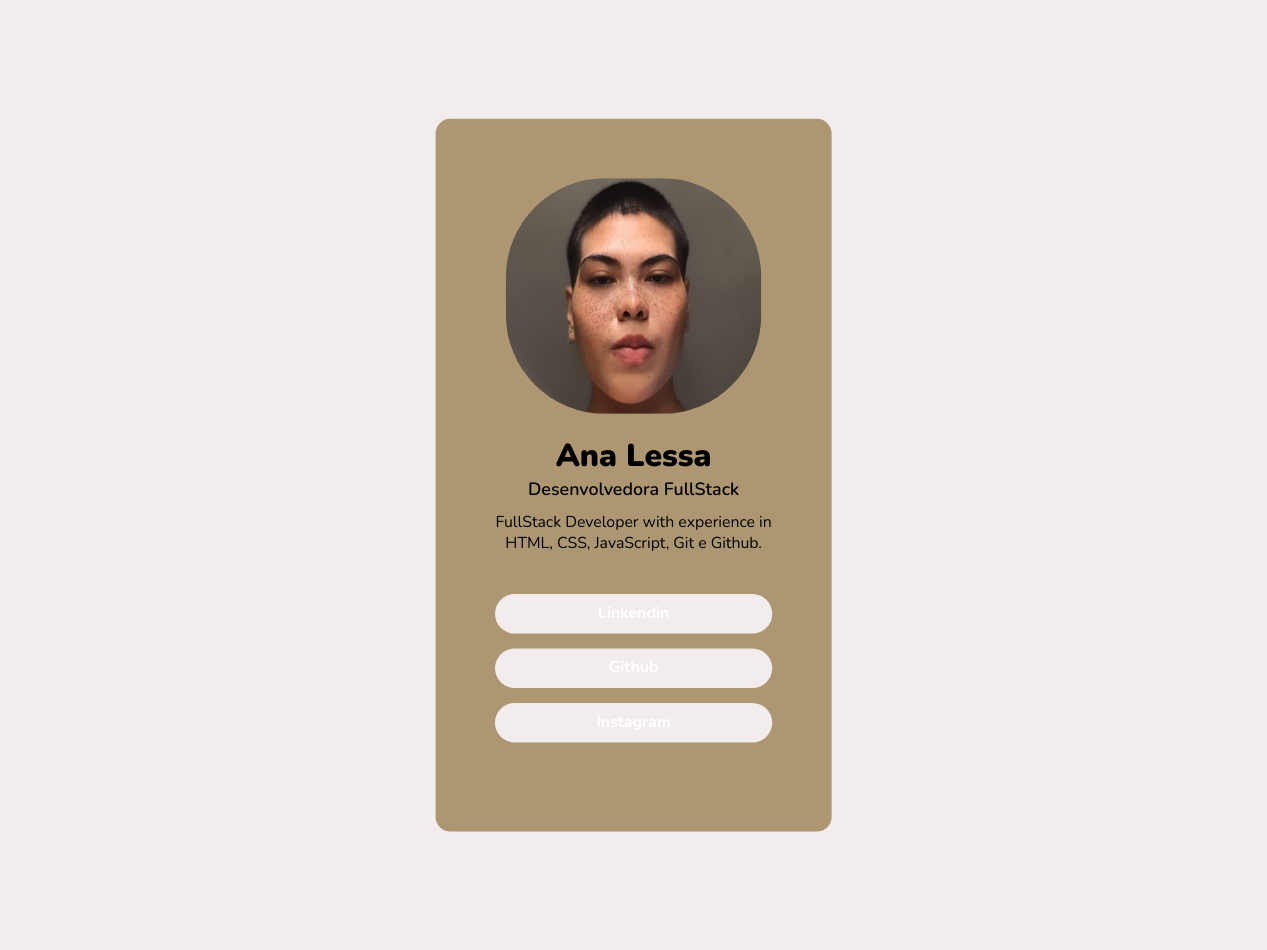
Repository: analessp/linktree
Page: index.html
An editor plug-in stored every save of this project. The page is shown before and after a run of saves, followed by the edit.
The browser window is 1280 px wide. The pictures show the whole page, at 99% of full size.

Above is the page before, as saved 2025-04-11 10:27:29.

### index.html
<!DOCTYPE html>
<html lang="pt-BR">
<head>
    <meta charset="UTF-8">
    <meta name="viewport" content="width=device-width, initial-scale=1.0">
    <title>Linktree Ana Lessa</title>
    <link rel="stylesheet" href="style.css">
    <link rel="preconnect" href="https://fonts.googleapis.com">
    <link rel="preconnect" href="https://fonts.gstatic.com" crossorigin>
    <link href="https://fonts.googleapis.com/css2?family=Nunito:ital,wght@0,200..1000;1,200..1000&display=swap" rel="stylesheet">
</head>
<body>
    <div class="container-main">
    <div class="container-image">
        <img src="./assets/img.jpg" alt="Foto de Ana Lessa">
    </div>
    <div class="container-infos">
        <h1>Ana Lessa</h1>
        <h2>Desenvolvedora FullStack</h2>
    </div>
    <div class="container-easter-egg">
        <p>FullStack Developer with experience in HTML, CSS, JavaScript, Git e Github.</p>
    </div>
    <div class="container-social-links">
        <ul>
            <a href="https://www.linkedin.com/in/ana-lessa-2a312a253/" target="_blank">
            <li>Linkendin</li></a>
            <a href="https://github.com/analessp" target="_blank">
            <li>Github</li></a>
            <a href="https://www.instagram.com/analessp/" target="_blank">
            <li>Instagram</li></a>
        </ul>
    </div>
    </div>
</body>
</html>

### style.css
* {
    font-family: "Nunito", sans-serif;
    margin: 0;
    padding: 0;
    box-sizing: border-box;
}

body {
    background-color: #f2ecec;
}

.container-main {
    background-color: #ad9772;
    width: 400px;
    height: 720px;
    box-sizing: border-box;
    margin: 120px auto;
    padding: 60px;
    border-radius: 15px;
    text-align: center;
}

.container-image img{
        width: 258px;
        height: 238px;
        border-radius: 100px;
}

.container-infos {
margin-top: 15px;
margin-bottom: 10px;
}

.container-infos h1 {
    font-weight: 900;
}

.container-infos h2 {
    font-weight: 600;
    font-size: 18px;
}

.container-social-links ul {
    list-style: none;
}

.container-social-links a {
    text-decoration: none;
    color: #ffffff;
}

.container-social-links {
    margin-top: 40px;
}

.container-social-links li {
    width: 280px;
    height: 40px;
    background-color: #f2ecec;
    margin: 15px 0;
    padding: 8px 0;
    border-radius: 20px;
    font-weight: 700;
}

After the next 2 saves:
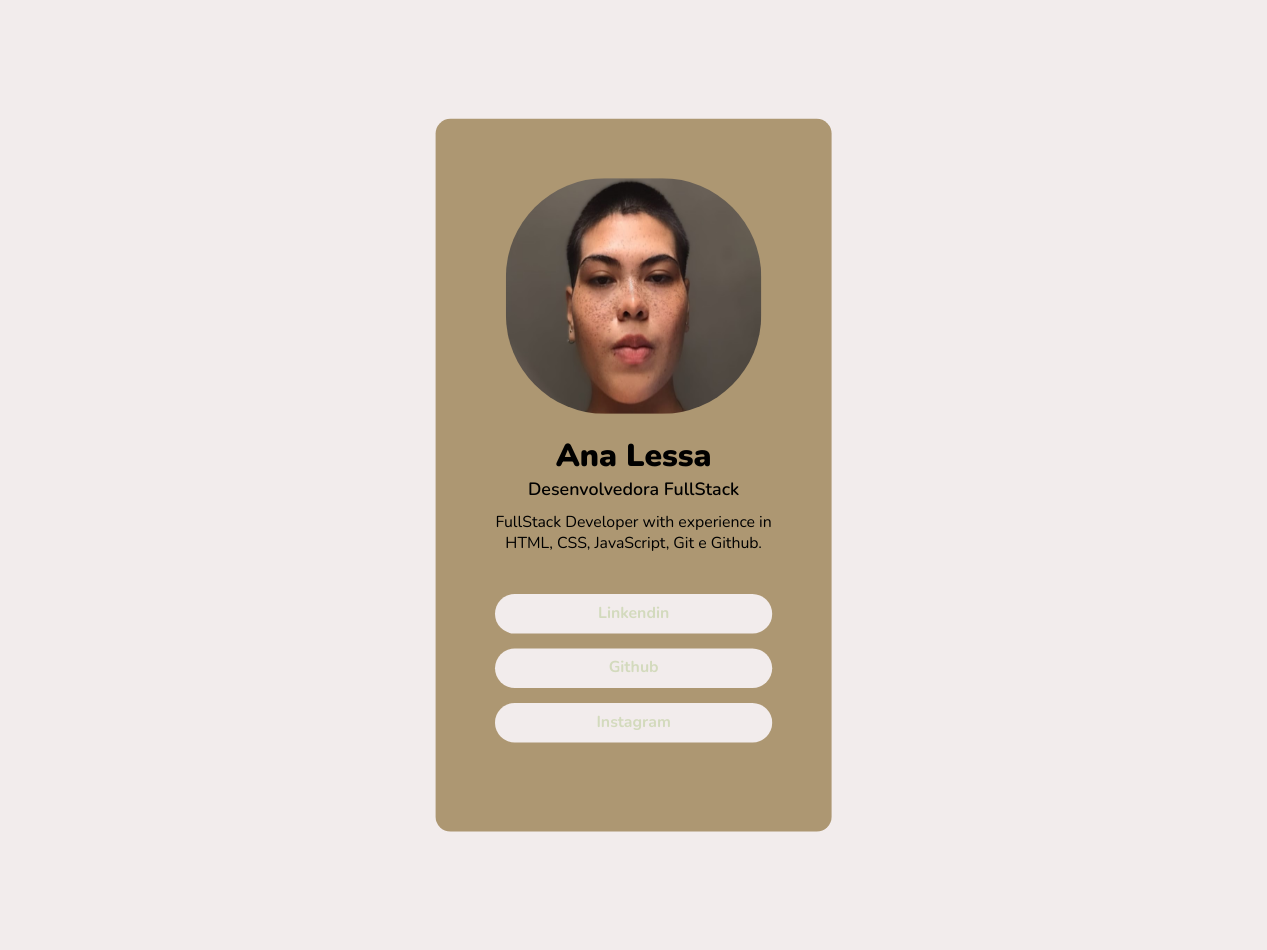
The 2 saves are shown as one change because they came seconds apart.
The last was saved 18 s later.
--- a/style.css
+++ b/style.css
@@ -46,7 +46,7 @@ margin-bottom: 10px;
 
 .container-social-links a {
     text-decoration: none;
-    color: #ffffff;
+    color: #d3dabd;
 }
 
 .container-social-links {
